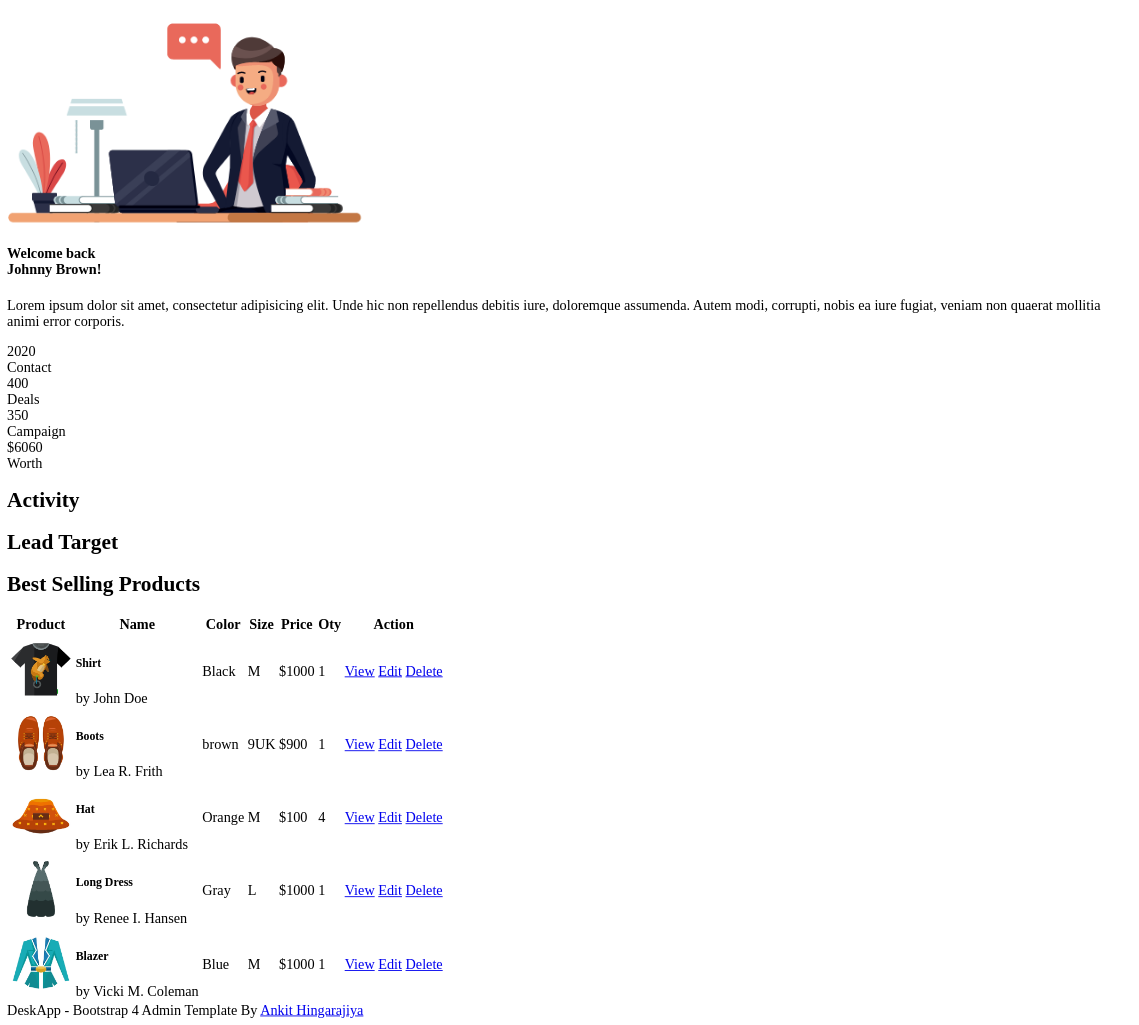
Repository: tonhue25/web-ban-mat-kinh
Page: http://localhost/webbanmatkinh/WEB-INF/views/admin/home.jsp
The author's editor kept a copy of each file at every save. The page is drawn from the files as they stood at one save, then again after the next save.
The browser window is 1280 px wide. The pictures show the whole page, at 89% of full size.
The page is served by Tomcat 9. Nobody is signed in. The template is opened directly, without the code that normally fills it, so the values that code supplies are empty.

Above is the page before, as saved 2021-10-31 17:32:46.

After the next save:
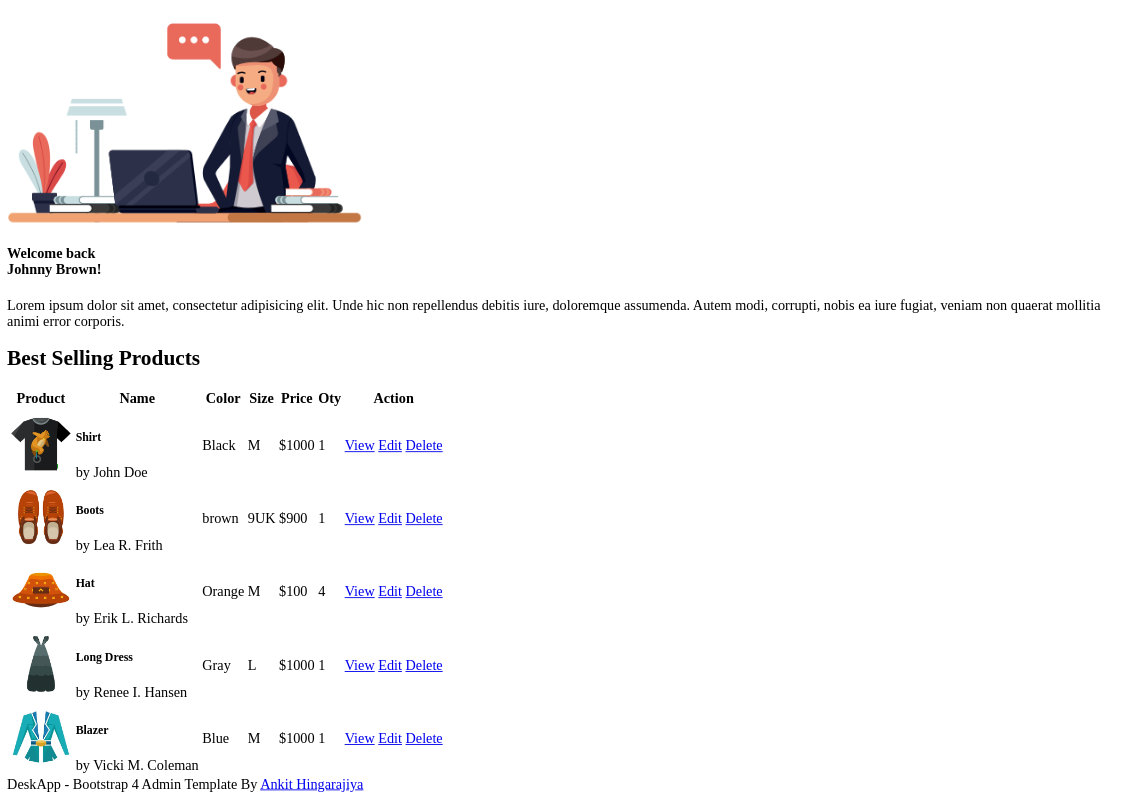
Saved 38 s later.
--- a/webbanmatkinh/src/main/webapp/WEB-INF/views/admin/home.jsp
+++ b/webbanmatkinh/src/main/webapp/WEB-INF/views/admin/home.jsp
@@ -24,74 +24,8 @@
 					</div>
 				</div>
 			</div>
-			<div class="row">
-				<div class="col-xl-3 mb-30">
-					<div class="card-box height-100-p widget-style1">
-						<div class="d-flex flex-wrap align-items-center">
-							<div class="progress-data">
-								<div id="chart"></div>
-							</div>
-							<div class="widget-data">
-								<div class="h4 mb-0">2020</div>
-								<div class="weight-600 font-14">Contact</div>
-							</div>
-						</div>
-					</div>
-				</div>
-				<div class="col-xl-3 mb-30">
-					<div class="card-box height-100-p widget-style1">
-						<div class="d-flex flex-wrap align-items-center">
-							<div class="progress-data">
-								<div id="chart2"></div>
-							</div>
-							<div class="widget-data">
-								<div class="h4 mb-0">400</div>
-								<div class="weight-600 font-14">Deals</div>
-							</div>
-						</div>
-					</div>
-				</div>
-				<div class="col-xl-3 mb-30">
-					<div class="card-box height-100-p widget-style1">
-						<div class="d-flex flex-wrap align-items-center">
-							<div class="progress-data">
-								<div id="chart3"></div>
-							</div>
-							<div class="widget-data">
-								<div class="h4 mb-0">350</div>
-								<div class="weight-600 font-14">Campaign</div>
-							</div>
-						</div>
-					</div>
-				</div>
-				<div class="col-xl-3 mb-30">
-					<div class="card-box height-100-p widget-style1">
-						<div class="d-flex flex-wrap align-items-center">
-							<div class="progress-data">
-								<div id="chart4"></div>
-							</div>
-							<div class="widget-data">
-								<div class="h4 mb-0">$6060</div>
-								<div class="weight-600 font-14">Worth</div>
-							</div>
-						</div>
-					</div>
-				</div>
-			</div>
-			<div class="row">
-				<div class="col-xl-8 mb-30">
-					<div class="card-box height-100-p pd-20">
-						<h2 class="h4 mb-20">Activity</h2>
-						<div id="chart5"></div>
-					</div>
-				</div>
-				<div class="col-xl-4 mb-30">
-					<div class="card-box height-100-p pd-20">
-						<h2 class="h4 mb-20">Lead Target</h2>
-						<div id="chart6"></div>
-					</div>
-				</div>
-			</div>
+
+
 			<div class="card-box mb-30">
 				<h2 class="h4 pd-20">Best Selling Products</h2>
 				<table class="data-table table nowrap">
